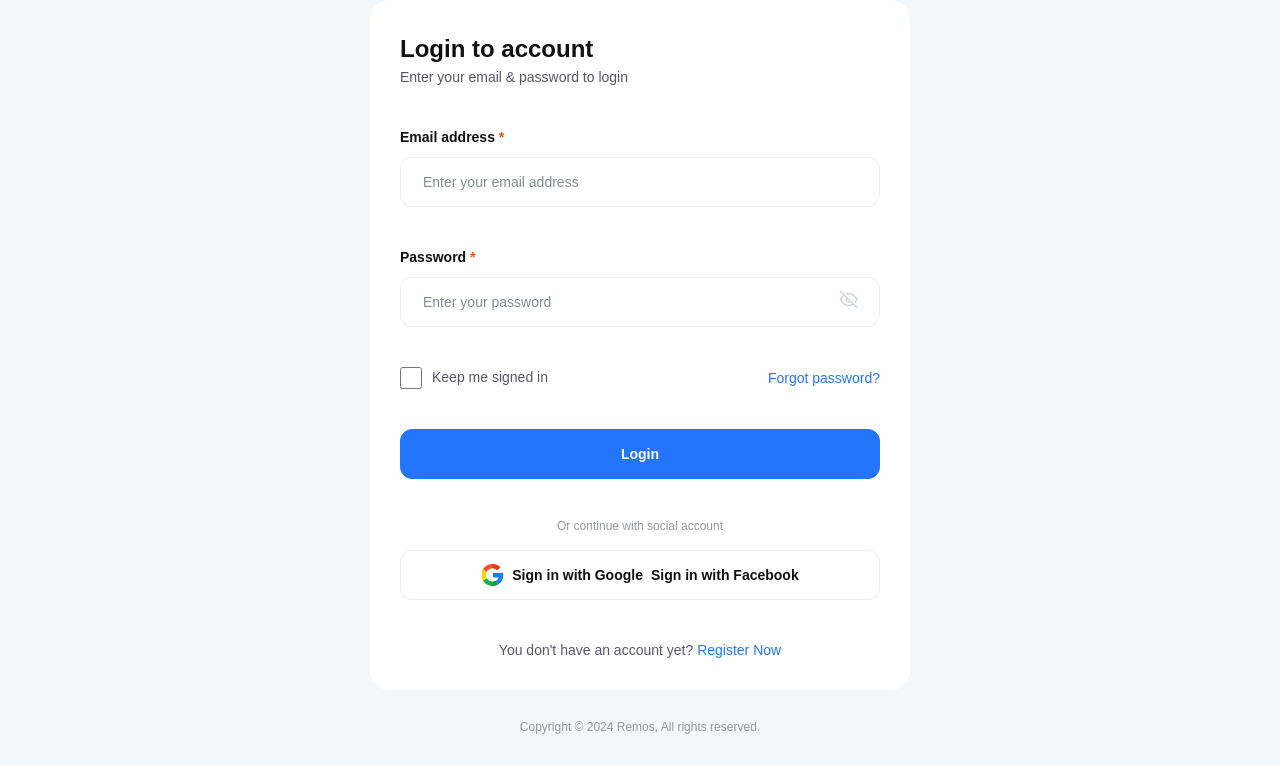
Repository: ERakshaypatidar/Gyanshieela
Page: login.html
These files come from the project's save history. The page is drawn as it stood at one moment and after the next save; the edit follows.
The browser window is 1280 px wide. The pictures show the whole page.
Some web fonts or font styles are not loaded; a fallback is used.

Above is the page before, as saved 2024-12-16 10:22:23.

After the next save:
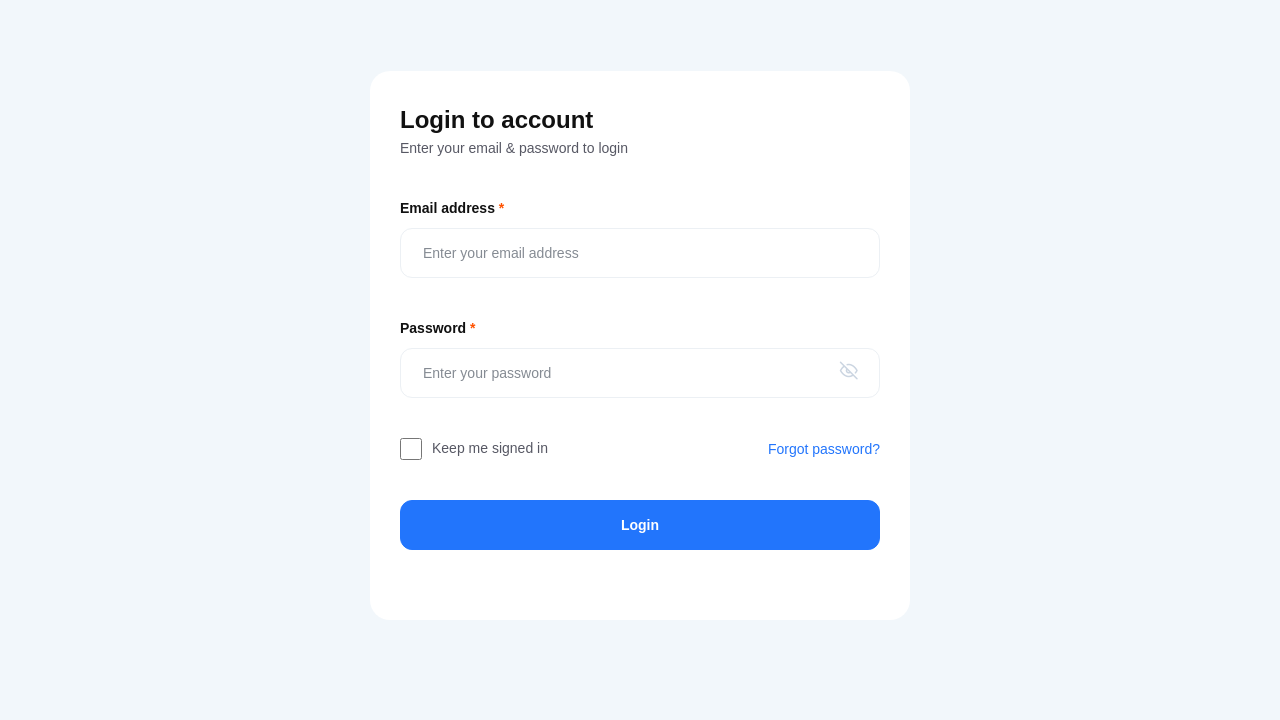
Saved 5 s later.
--- a/login.html
+++ b/login.html
@@ -111,69 +111,3 @@
                             </form>
 
                             <div>
-                                <div class="text-tiny mb-16 text-center">Or continue with social account</div>
-                                <div class="flex gap16 mobile-wrap">
-                                    <a href="index.html" class="tf-button style-2 w-full">
-                                        <svg xmlns="http://www.w3.org/2000/svg" width="23" height="22"
-                                            viewBox="0 0 23 22" fill="none">
-                                            <g clip-path="url(#clip0_604_19993)">
-                                                <path
-                                                    d="M21.6676 9.08734L12.694 9.08691C12.2978 9.08691 11.9766 9.40806 11.9766 9.80432V12.671C11.9766 13.0672 12.2978 13.3884 12.694 13.3884H17.7474C17.194 14.8244 16.1612 16.0271 14.8435 16.7913L16.9983 20.5213C20.4548 18.5223 22.4983 15.0148 22.4983 11.0884C22.4983 10.5293 22.4571 10.1297 22.3747 9.67967C22.312 9.33777 22.0152 9.08734 21.6676 9.08734Z"
-                                                    fill="#167EE6" />
-                                                <path
-                                                    d="M11.5019 17.6959C9.02885 17.6959 6.86993 16.3447 5.71041 14.3452L1.98047 16.4951C3.87861 19.7849 7.43445 22.0002 11.5019 22.0002C13.4972 22.0002 15.38 21.463 17.0019 20.5267V20.5216L14.8471 16.7915C13.8615 17.3632 12.7209 17.6959 11.5019 17.6959Z"
-                                                    fill="#12B347" />
-                                                <path
-                                                    d="M17 20.5267V20.5216L14.8452 16.7915C13.8596 17.3631 12.7192 17.6959 11.5 17.6959V22.0002C13.4953 22.0002 15.3782 21.463 17 20.5267Z"
-                                                    fill="#0F993E" />
-                                                <path
-                                                    d="M4.80435 10.9998C4.80435 9.78079 5.13702 8.64036 5.70854 7.65478L1.9786 5.50488C1.0372 7.12167 0.5 8.99932 0.5 10.9998C0.5 13.0002 1.0372 14.8779 1.9786 16.4947L5.70854 14.3448C5.13702 13.3592 4.80435 12.2188 4.80435 10.9998Z"
-                                                    fill="#FFD500" />
-                                                <path
-                                                    d="M11.5019 4.30435C13.1145 4.30435 14.5958 4.87738 15.7529 5.83056C16.0383 6.06568 16.4532 6.04871 16.7146 5.78725L18.7458 3.75611C19.0424 3.45946 19.0213 2.97387 18.7044 2.69895C16.7658 1.0172 14.2436 0 11.5019 0C7.43445 0 3.87861 2.21534 1.98047 5.50511L5.71041 7.65501C6.86993 5.65555 9.02885 4.30435 11.5019 4.30435Z"
-                                                    fill="#FF4B26" />
-                                                <path
-                                                    d="M15.751 5.83056C16.0364 6.06568 16.4513 6.04871 16.7128 5.78725L18.7439 3.75611C19.0405 3.45946 19.0194 2.97387 18.7025 2.69895C16.764 1.01716 14.2417 0 11.5 0V4.30435C13.1126 4.30435 14.594 4.87738 15.751 5.83056Z"
-                                                    fill="#D93F21" />
-                                            </g>
-                                            <defs>
-                                                <clipPath id="clip0_604_19993">
-                                                    <rect width="22" height="22" fill="white"
-                                                        transform="translate(0.5)" />
-                                                </clipPath>
-                                            </defs>
-                                        </svg>
-                                        <span class="tf-color-3">Sign in with Google</span>
-                                        <rect width="22" height="22" fill="white" transform="translate(0.5)" />
-                                        </clipPath>
-                                        </defs>
-                                        </svg>
-                                        <span class="tf-color-3">Sign in with Facebook</span>
-                                    </a>
-                                </div>
-                            </div>
-                            <div class="body-text text-center">
-                                You don't have an account yet?
-                                <a href="sign-up.html" class="body-text tf-color">Register Now</a>
-                            </div>
-                        </div>
-                </div>
-                <div class="text-tiny">Copyright © 2024 Remos, All rights reserved.</div>
-            </div>
-        </div>
-        <!-- /#page -->
-    </div>
-    <!-- /#wrapper -->
-
-    <!-- Javascript -->
-    <script src="js/jquery.min.js"></script>
-    <script src="js/bootstrap.min.js"></script>
-    <script src="js/bootstrap-select.min.js"></script>
-    <script src="js/main.js"></script>
-
-</body>
-
-
-<!-- Mirrored from themesflat.co/html/remos/login.html by HTTrack Website Copier/3.x [XR&CO'2014], Wed, 03 Apr 2024 09:29:12 GMT -->
-
-</html>

After the save that followed:
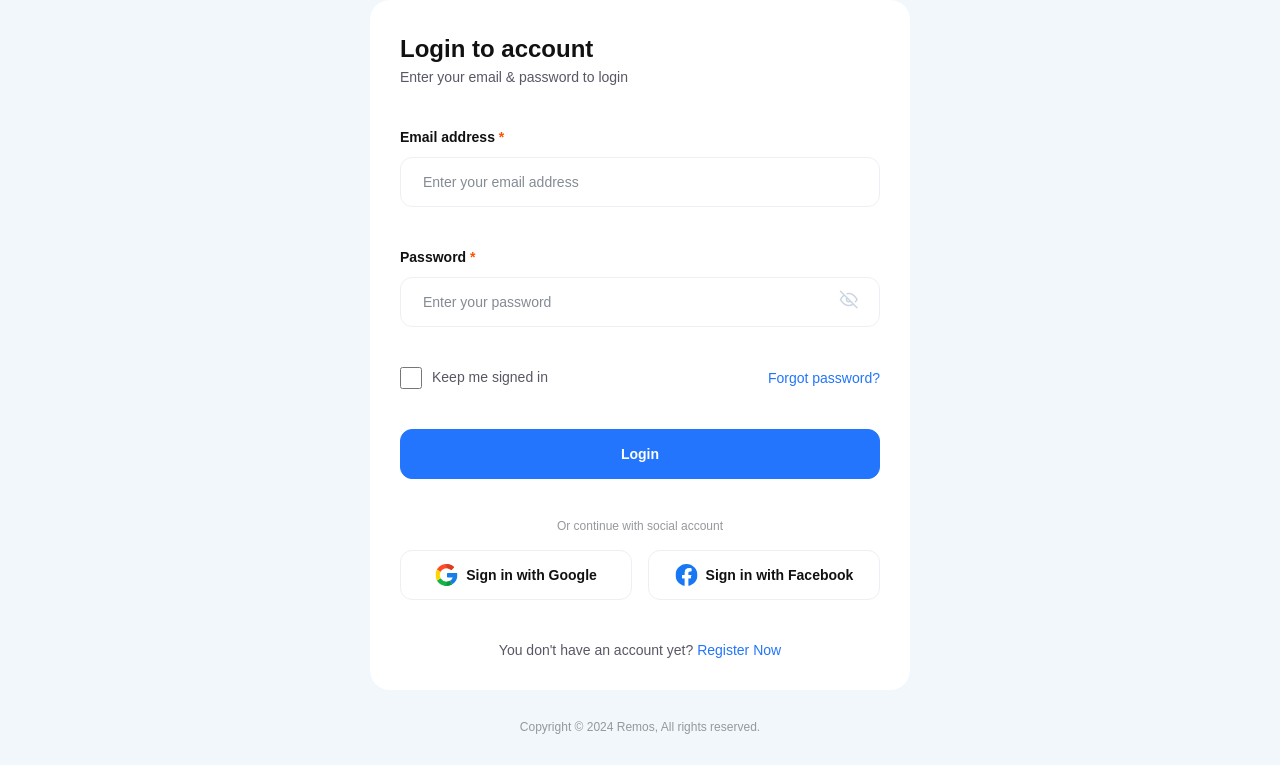
Saved 7 s later.
--- a/login.html
+++ b/login.html
@@ -111,3 +111,84 @@
                             </form>
 
                             <div>
+                                <div class="text-tiny mb-16 text-center">Or continue with social account</div>
+                                <div class="flex gap16 mobile-wrap">
+                                    <a href="index.html" class="tf-button style-2 w-full">
+                                        <svg xmlns="http://www.w3.org/2000/svg" width="23" height="22"
+                                            viewBox="0 0 23 22" fill="none">
+                                            <g clip-path="url(#clip0_604_19993)">
+                                                <path
+                                                    d="M21.6676 9.08734L12.694 9.08691C12.2978 9.08691 11.9766 9.40806 11.9766 9.80432V12.671C11.9766 13.0672 12.2978 13.3884 12.694 13.3884H17.7474C17.194 14.8244 16.1612 16.0271 14.8435 16.7913L16.9983 20.5213C20.4548 18.5223 22.4983 15.0148 22.4983 11.0884C22.4983 10.5293 22.4571 10.1297 22.3747 9.67967C22.312 9.33777 22.0152 9.08734 21.6676 9.08734Z"
+                                                    fill="#167EE6" />
+                                                <path
+                                                    d="M11.5019 17.6959C9.02885 17.6959 6.86993 16.3447 5.71041 14.3452L1.98047 16.4951C3.87861 19.7849 7.43445 22.0002 11.5019 22.0002C13.4972 22.0002 15.38 21.463 17.0019 20.5267V20.5216L14.8471 16.7915C13.8615 17.3632 12.7209 17.6959 11.5019 17.6959Z"
+                                                    fill="#12B347" />
+                                                <path
+                                                    d="M17 20.5267V20.5216L14.8452 16.7915C13.8596 17.3631 12.7192 17.6959 11.5 17.6959V22.0002C13.4953 22.0002 15.3782 21.463 17 20.5267Z"
+                                                    fill="#0F993E" />
+                                                <path
+                                                    d="M4.80435 10.9998C4.80435 9.78079 5.13702 8.64036 5.70854 7.65478L1.9786 5.50488C1.0372 7.12167 0.5 8.99932 0.5 10.9998C0.5 13.0002 1.0372 14.8779 1.9786 16.4947L5.70854 14.3448C5.13702 13.3592 4.80435 12.2188 4.80435 10.9998Z"
+                                                    fill="#FFD500" />
+                                                <path
+                                                    d="M11.5019 4.30435C13.1145 4.30435 14.5958 4.87738 15.7529 5.83056C16.0383 6.06568 16.4532 6.04871 16.7146 5.78725L18.7458 3.75611C19.0424 3.45946 19.0213 2.97387 18.7044 2.69895C16.7658 1.0172 14.2436 0 11.5019 0C7.43445 0 3.87861 2.21534 1.98047 5.50511L5.71041 7.65501C6.86993 5.65555 9.02885 4.30435 11.5019 4.30435Z"
+                                                    fill="#FF4B26" />
+                                                <path
+                                                    d="M15.751 5.83056C16.0364 6.06568 16.4513 6.04871 16.7128 5.78725L18.7439 3.75611C19.0405 3.45946 19.0194 2.97387 18.7025 2.69895C16.764 1.01716 14.2417 0 11.5 0V4.30435C13.1126 4.30435 14.594 4.87738 15.751 5.83056Z"
+                                                    fill="#D93F21" />
+                                            </g>
+                                            <defs>
+                                                <clipPath id="clip0_604_19993">
+                                                    <rect width="22" height="22" fill="white"
+                                                        transform="translate(0.5)" />
+                                                </clipPath>
+                                            </defs>
+                                        </svg>
+                                        <span class="tf-color-3">Sign in with Google</span>
+                                    </a>
+                                    <a href="index.html" class="tf-button style-2 w-full">
+                                        <svg xmlns="http://www.w3.org/2000/svg" width="23" height="22"
+                                            viewBox="0 0 23 22" fill="none">
+                                            <g clip-path="url(#clip0_604_20003)">
+                                                <path
+                                                    d="M22.5 11C22.5 16.4905 18.4773 21.0414 13.2188 21.8664V14.1797H15.7818L16.2695 11H13.2188V8.93664C13.2188 8.06652 13.645 7.21875 15.0114 7.21875H16.3984V4.51172C16.3984 4.51172 15.1395 4.29688 13.9359 4.29688C11.4235 4.29688 9.78125 5.81969 9.78125 8.57656V11H6.98828V14.1797H9.78125V21.8664C4.52273 21.0414 0.5 16.4905 0.5 11C0.5 4.92508 5.42508 0 11.5 0C17.5749 0 22.5 4.92508 22.5 11Z"
+                                                    fill="#1877F2" />
+                                                <path
+                                                    d="M15.7818 14.1797L16.2695 11H13.2188V8.9366C13.2188 8.0667 13.6449 7.21875 15.0114 7.21875H16.3984V4.51172C16.3984 4.51172 15.1396 4.29688 13.9361 4.29688C11.4235 4.29688 9.78125 5.81969 9.78125 8.57656V11H6.98828V14.1797H9.78125V21.8663C10.3413 21.9542 10.9153 22 11.5 22C12.0847 22 12.6587 21.9542 13.2188 21.8663V14.1797H15.7818Z"
+                                                    fill="white" />
+                                            </g>
+                                            <defs>
+                                                <clipPath id="clip0_604_20003">
+                                                    <rect width="22" height="22" fill="white"
+                                                        transform="translate(0.5)" />
+                                                </clipPath>
+                                            </defs>
+                                        </svg>
+                                        <span class="tf-color-3">Sign in with Facebook</span>
+                                    </a>
+                                </div>
+                            </div>
+                            <div class="body-text text-center">
+                                You don't have an account yet?
+                                <a href="sign-up.html" class="body-text tf-color">Register Now</a>
+                            </div>
+                        </div>
+                </div>
+                <div class="text-tiny">Copyright © 2024 Remos, All rights reserved.</div>
+            </div>
+        </div>
+        <!-- /#page -->
+    </div>
+    <!-- /#wrapper -->
+
+    <!-- Javascript -->
+    <script src="js/jquery.min.js"></script>
+    <script src="js/bootstrap.min.js"></script>
+    <script src="js/bootstrap-select.min.js"></script>
+    <script src="js/main.js"></script>
+
+</body>
+
+
+<!-- Mirrored from themesflat.co/html/remos/login.html by HTTrack Website Copier/3.x [XR&CO'2014], Wed, 03 Apr 2024 09:29:12 GMT -->
+
+</html>
